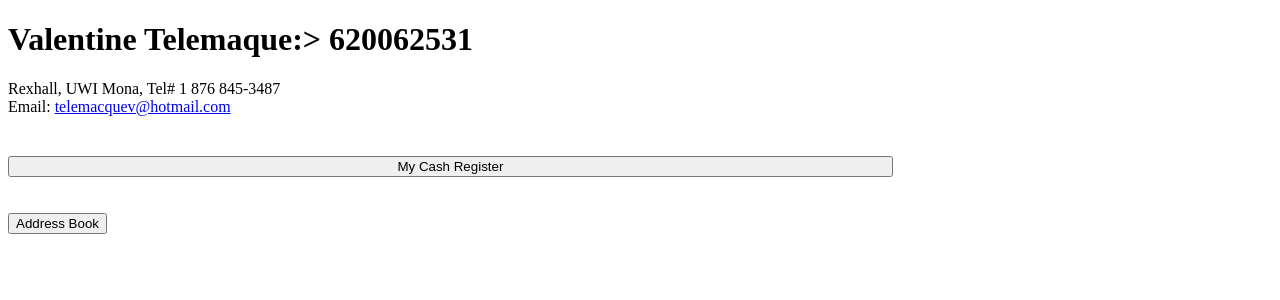
Repository: telemacquev/info2180project1
Page: index.html
The author's editor kept a record of every edit. The page is drawn from the files as they stood at one moment, then again after the next edit.
The browser window is 1280 px wide. The pictures show the whole page.

Above is the page before.

After the next edit:
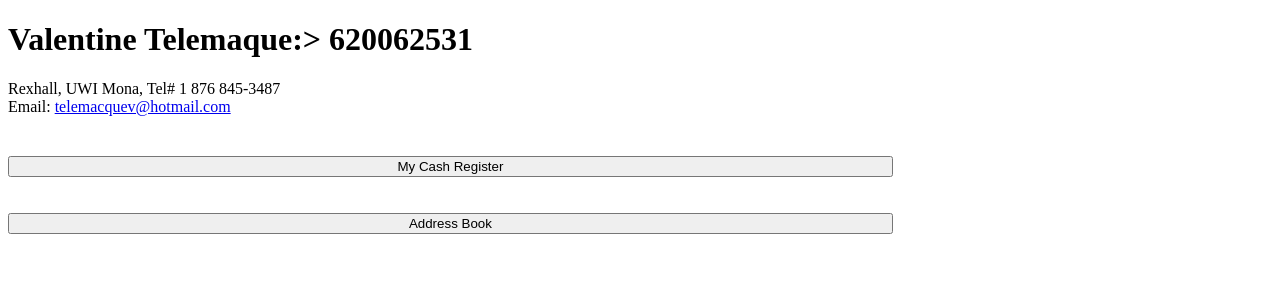
The edit:
--- a/index.html
+++ b/index.html
@@ -20,6 +20,6 @@
 
         <input id="heading" type="button" onclick="runMe()" value="My Cash Register">
         <br> <br> <br>
-        <input type="button" onclick="runMe2()" value="Address Book">
+        <input id="heading" type="button" onclick="runMe2()" value="Address Book">
     </body>
 </html>
